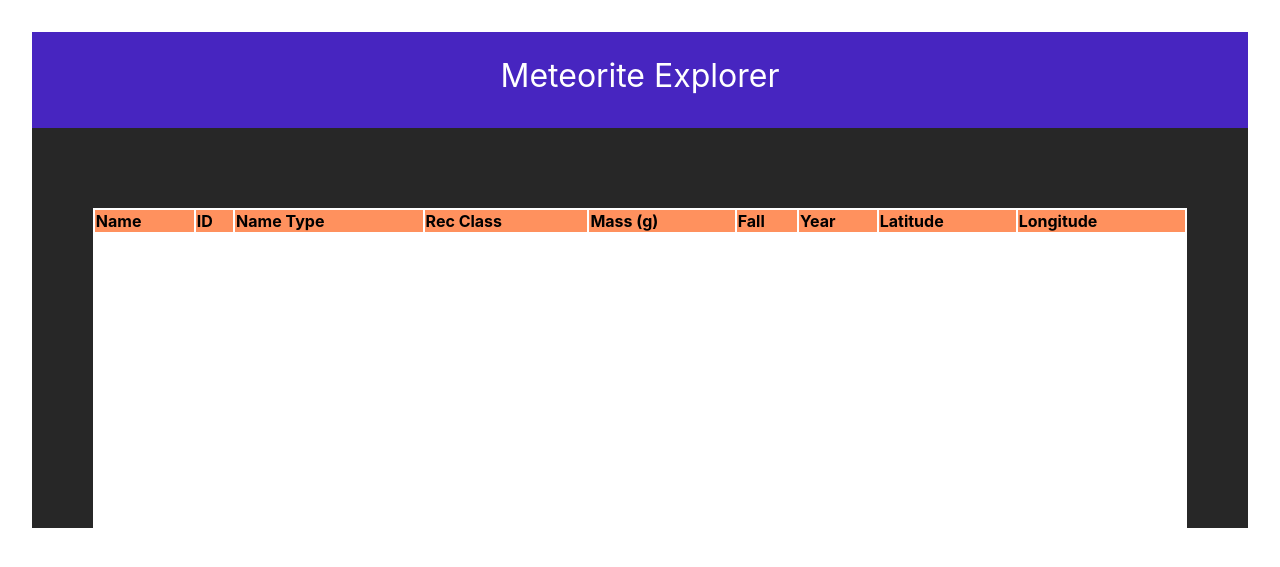
Repository: Tsardines/meteorite-explorer
Page: / (app in meteorite-explorer/)
An editor plug-in stored every save of this project. The page is shown before and after the next save, followed by the edit.
The browser window is 1280 px wide. The pictures show the whole page.
The page's requests for data from a server got no answer. The project was rebuilt for these pictures with package versions that can differ from the ones it lists, and the page was loaded fresh each time. No one was signed in, and anything a server would have sent is missing.

Above is the page before, as saved 2019-05-27 17:08:53.

After the next save:
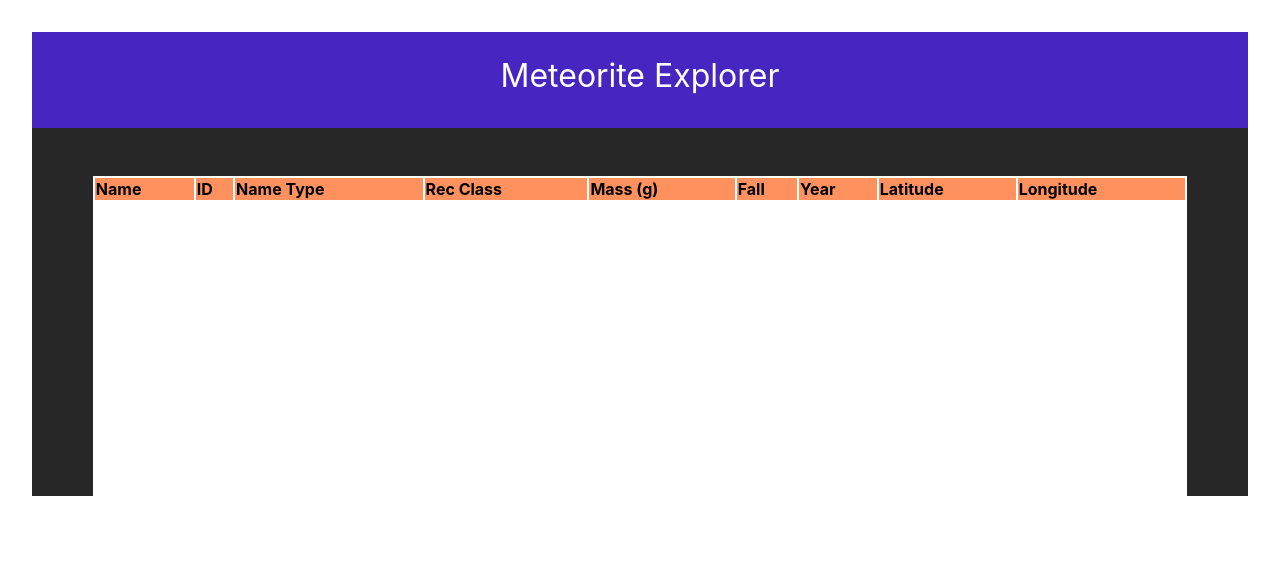
Saved 4 s later.
--- a/meteorite-explorer/src/App.css
+++ b/meteorite-explorer/src/App.css
@@ -18,7 +18,7 @@ body {
 .my-table {
   background-color: white;
   height: 20rem;
-  margin: 5rem auto;
+  margin: 3rem auto;
   overflow-y: scroll;
   width: 90%;
 }
